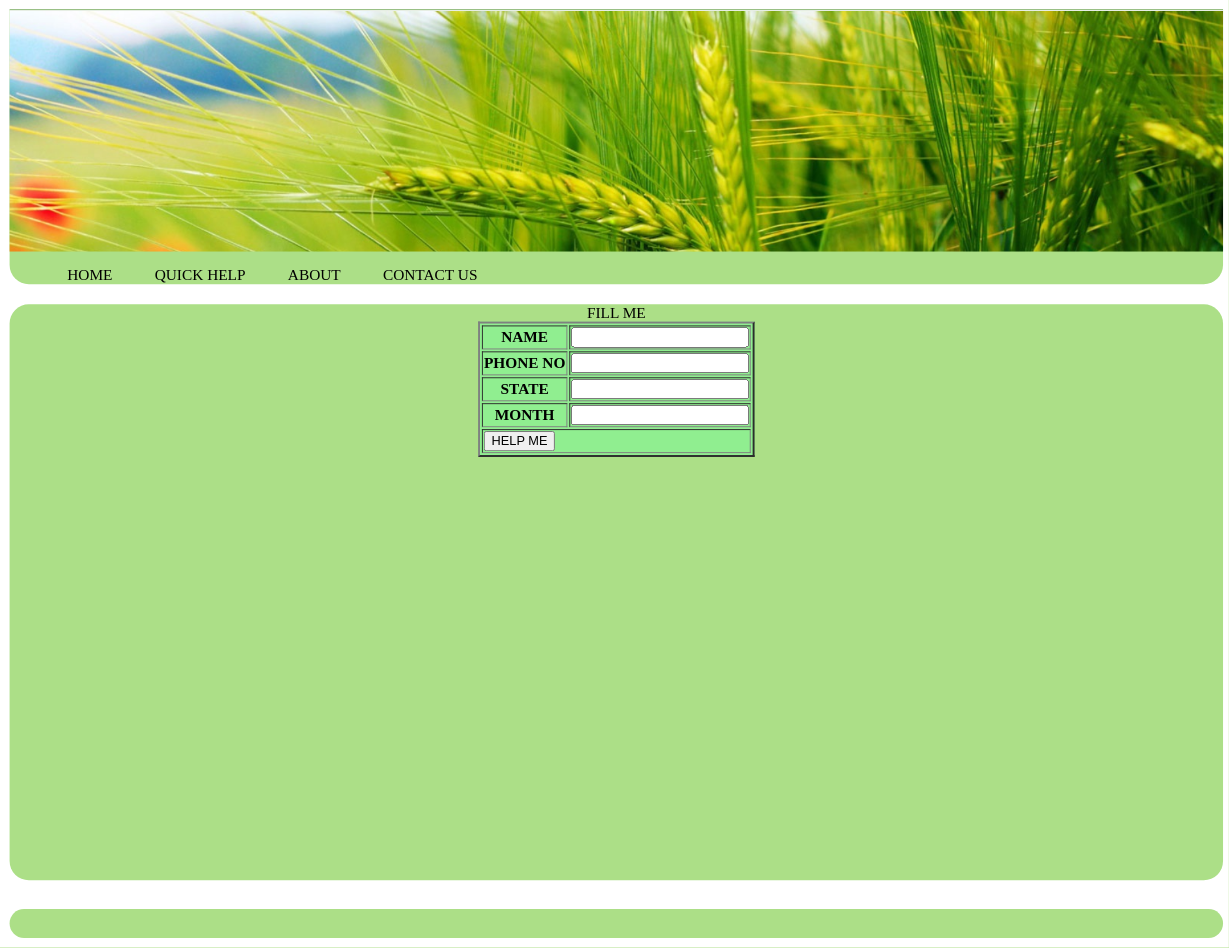
Repository: shivamtyagi1234/FarmoFriend
Page: http://localhost/FarmoFriend/QuickHelp.jsp
An editor plug-in stored every save of this project. The page is shown before and after the next save, followed by the edit.
The browser window is 1280 px wide. The pictures show the whole page, at 96% of full size.
The page is served by Tomcat 9. Other server files are loaded and not shown.

Above is the page before, as saved 2019-11-03 08:05:14.

### FarmoFriend/WebContent/QuickHelp.jsp
<%@ page language="java" contentType="text/html; charset=ISO-8859-1"
    pageEncoding="ISO-8859-1"%>
<!DOCTYPE html PUBLIC "-//W3C//DTD HTML 4.01 Transitional//EN" "http://www.w3.org/TR/html4/loose.dtd">
<html>
<head>
<meta http-equiv="Content-Type" content="text/html; charset=ISO-8859-1">
<title>home</title>

<style type="text/css">
#main
{
width: 100%;
height: 100%;
border: 2px solid white;
}
#homeHead
{
background-color: #ACDF87;
border-radius:0px 0px 20px 20px;
}
#blank1
{
width: 100%;
height: 5px;
}
#homeBody
{
background-color: #ACDF87;
border-top:2px solid;
width: 100%;
height: 600px;
border: 2px;
border-color:limegreen;
border-radius:20px 20px 20px 20px;
}
#homeImage
{
height: 100%;
width: 50%;
}
#homeContent
{
height: 100%;
width: 50%;
}
#homeBody img
{
height:450px;
width:300px;
padding-left: 38%;
padding-top: 3%;
}
#QuickHelp
{
border:2px;
border-color: #ACDF87;
padding-top:1%;
padding-left: 45%;
padding-bottom:1%;
background-color: #ACDF87;
border-radius:0px 0px 20px 20px;
}
#blank2
{
width: 100%;
height:30px;
}
</style>
</head>
<body >
<div id="main">
<div id="homeHead">
<jsp:include page="header.jsp"></jsp:include>
</div>
<div id="blank1"></div>

<div id="homeBody">


<form action="QuickHelpProcess.jsp">

<table align="center" border="2" bgcolor="lightgreen">
<caption>FILL ME</caption>
<tr><th>NAME</th><td><input type="text" name="voterName" required></td></tr>
<tr><th>PHONE NO</th><td><input type="phone" name="phone" maxlength="10" required></td></tr>
<tr><th>STATE</th><td><input type="text" name="state" required></td></tr>
<tr><th>MONTH</th><td><input type="text" name="month" required></td></tr>
<tr><td colspan="2"><input type="submit" value="HELP ME" align="center"></td></tr>
</table>



</form>


</div>
<div id="blank2"></div>
<div id="homeFoot">
<jsp:include page="footer.jsp"></jsp:include>
</div>
</div>
</body>
</html>

### FarmoFriend/WebContent/header.jsp
<%@ page language="java" contentType="text/html; charset=ISO-8859-1"
    pageEncoding="ISO-8859-1"%>
<!DOCTYPE html PUBLIC "-//W3C//DTD HTML 4.01 Transitional//EN" "http://www.w3.org/TR/html4/loose.dtd">
<head>
<meta http-equiv="Content-Type" content="text/html; charset=ISO-8859-1">
<title>result</title>
<style>
#header
{
height: 25%;
width: 100%;
}
#header ul
{
list-style-type: none;
}
#header ul li
{
display: inline;
margin-bottom: 10px;
padding: 20px;
}
#header ul li a
{
text-decoration: none;
color: black;
}
</style>
</head>
<body>
<div id="header">
	<img src="images\head.png" width="100%">
	<ul>
	<li><a href="home.jsp">HOME</a></li>
	<li><a href="QuickHelp.jsp">QUICK HELP</a></li>
	<li><a href="About.jsp">ABOUT</a></li>
	<li><a href="Contact.jsp">CONTACT US</a></li>
</ul>
</div>
</body>
</html>

### FarmoFriend/WebContent/footer.jsp
<%@ page language="java" contentType="text/html; charset=ISO-8859-1"
    pageEncoding="ISO-8859-1"%>
<!DOCTYPE html PUBLIC "-//W3C//DTD HTML 4.01 Transitional//EN" "http://www.w3.org/TR/html4/loose.dtd">
<html>
<head>
<meta http-equiv="Content-Type" content="text/html; charset=ISO-8859-1">

<title>FOOTER</title>
<style type="text/css">
#footer
{
width: 100%;
height: 30px;
background-color: #ACDF87;
border-radius:20px 20px 20px 20px;
}
</style>
</head>
<body>
<div id="footer">

</div>
</body>
</html>

After the next save:
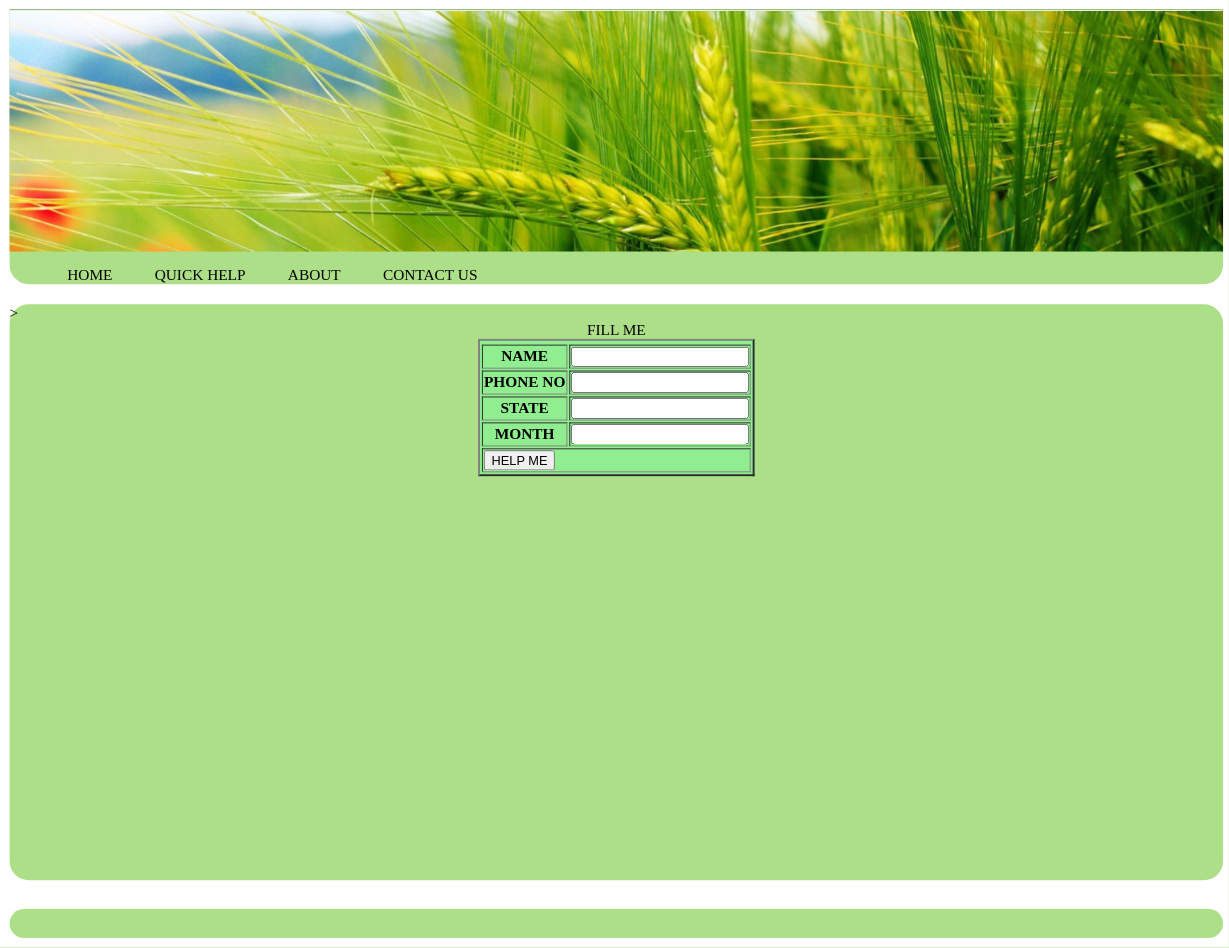
Saved 53 s later.
--- a/FarmoFriend/WebContent/QuickHelp.jsp
+++ b/FarmoFriend/WebContent/QuickHelp.jsp
@@ -80,7 +80,7 @@ height:30px;
 <form action="QuickHelpProcess.jsp">
 
 <table align="center" border="2" bgcolor="lightgreen">
-<caption>FILL ME</caption>
+<tr><caption>FILL ME</caption></tr>>
 <tr><th>NAME</th><td><input type="text" name="voterName" required></td></tr>
 <tr><th>PHONE NO</th><td><input type="phone" name="phone" maxlength="10" required></td></tr>
 <tr><th>STATE</th><td><input type="text" name="state" required></td></tr>
